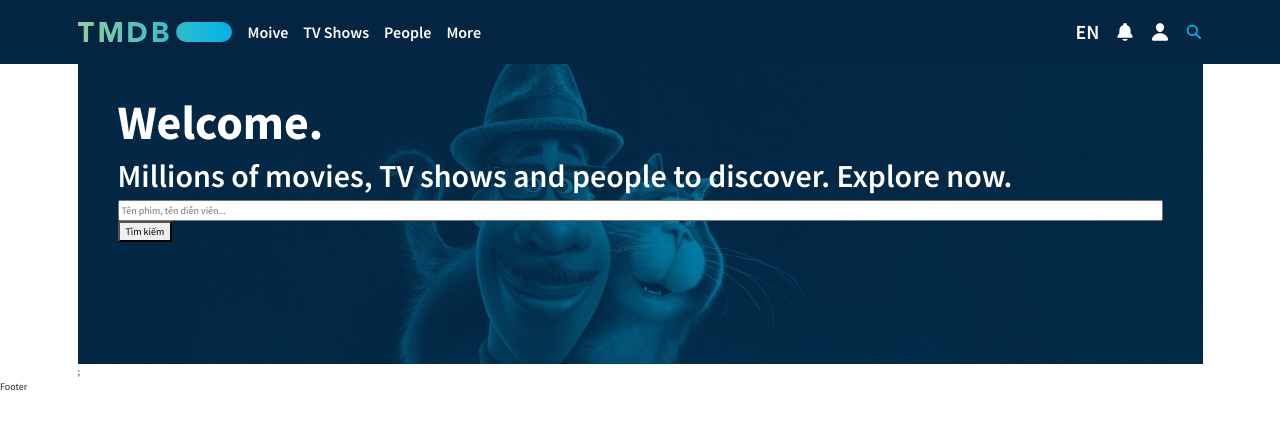
Repository: nguyennam1029/TMDB-App
Page: /
An editor plug-in stored every save of this project. The page is shown before and after the next save, followed by the edit.
The browser window is 1280 px wide. The pictures show the whole page.
The project was rebuilt for these pictures with package versions that can differ from the ones it lists, and the page was loaded fresh each time. Also part of the build but not shown: src/components/ui/HeroCart/heroCart.css, src/components/ui/HeroCart/HeroCart.jsx, src/page/Search.jsx. Imported but missing from the stored project, and not drawn on this page: src/components/ui/ListHero/ListHero, src/page/HeroDetail.

Above is the page before, as saved 2022-09-26 20:18:44.

### public/index.html
<!DOCTYPE html>
<html lang="en">
  <head>
    <meta charset="utf-8" />
    <link rel="icon" href="%PUBLIC_URL%/favicon.ico" />
    <meta name="viewport" content="width=device-width, initial-scale=1" />
    <meta name="theme-color" content="#000000" />
    <meta
      name="description"
      content="Web site created using create-react-app"
    />
    <link rel="apple-touch-icon" href="%PUBLIC_URL%/logo192.png" />
    <!--
      manifest.json provides metadata used when your web app is installed on a
      user's mobile device or desktop. See https://developers.google.com/web/fundamentals/web-app-manifest/
    -->
    <link rel="manifest" href="%PUBLIC_URL%/manifest.json" />
    <!--
      Notice the use of %PUBLIC_URL% in the tags above.
      It will be replaced with the URL of the `public` folder during the build.
      Only files inside the `public` folder can be referenced from the HTML.

      Unlike "/favicon.ico" or "favicon.ico", "%PUBLIC_URL%/favicon.ico" will
      work correctly both with client-side routing and a non-root public URL.
      Learn how to configure a non-root public URL by running `npm run build`.
    -->
    <link
      rel="stylesheet"
      href="https://cdn.jsdelivr.net/npm/bootstrap@5.1.0/dist/css/bootstrap.min.css"
    />
    <title>React App</title>
  </head>
  <body>
    <noscript>You need to enable JavaScript to run this app.</noscript>
    <div id="root"></div>
    <!--
      This HTML file is a template.
      If you open it directly in the browser, you will see an empty page.

      You can add webfonts, meta tags, or analytics to this file.
      The build step will place the bundled scripts into the <body> tag.

      To begin the development, run `npm start` or `yarn start`.
      To create a production bundle, use `npm run build` or `yarn build`.
    -->
  </body>
</html>

### src/index.js
import React from "react";
import ReactDOM from "react-dom/client";
import { BrowserRouter as Router } from "react-router-dom";

import { Provider } from "react-redux";
import store from "./store";
import "./index.css";
import App from "./App";

const root = ReactDOM.createRoot(document.getElementById("root"));
root.render(
  <React.StrictMode>
    <Provider store={store}>
      <Router>
        <App />
      </Router>
    </Provider>
  </React.StrictMode>
);

// If you want to start measuring performance in your app, pass a function
// to log results (for example: reportWebVitals(console.log))
// or send to an analytics endpoint. Learn more: https://bit.ly/CRA-vitals

### src/store.js
import rootReducer from "./redux/reducers";

import { createStore } from "redux";
const store = createStore(
  rootReducer,
  window.__REDUX_DEVTOOLS_EXTENSION__ && window.__REDUX_DEVTOOLS_EXTENSION__()
);

export default store;

### src/index.css
@import url('https://fonts.googleapis.com/css2?family=Source+Sans+Pro:wght@200;300;400;600;700;900&display=swap');

html {
  font-size: 62.5%;
}

body {
  font-family: 'Source Sans Pro',
    sans-serif;

}

:root {
  --primary-text-color: #fff;
}

*,
*::before,
*::after {
  box-sizing: border-box;
}




img,
picture,
video,
canvas,
svg {
  display  : block;
  max-width: 100%;
}

input,
button,
textarea,
select {
  outline: none;
}

p,
h1,
h2,
h3,
h4,
h5,
h6 {
  overflow-wrap: break-word;
}

a {
  color          : inherit;
  text-decoration: none;
}

ul {
  padding: 0;
  margin : 0;
}

li {
  list-style: none;
}

### src/redux/reducers.js
const initState = {
  search: "",
  selectItem: {},
  listHeros: [],
};

const rootReducer = (state = initState, action) => {
  switch (action.type) {
    case "listHeros":
      return {
        ...state,
        listHeros: action.payload,
      };
    case "selectItem":
      return {
        ...state,
        selectItem: action.payload,
      };
    case "seachrItem":
      return {
        ...state,
        search: action.payload,
      };
    default:
      return state;
  }
};
export default rootReducer;

### src/components/Layout/Layout.jsx
import React from "react";

import Header from "../Header/Header";
import Footer from "../Footer/Footer";
// import Routers from "../../routes/Routers";
import Routers from "../../routes/Routers";

const Layout = () => {
  return (
    <>
      <Header />
      <Routers />
      <Footer />
    </>
  );
};

export default Layout;

### src/components/Header/Header.jsx
import React from "react";

import { Link, useNavigate } from "react-router-dom";
import { useState } from "react";
import { useDispatch } from "react-redux";
import { seachrItem } from "../../redux/action";
import { useEffect } from "react";
import {
  IoSearchOutline,
  IoNotificationsSharp,
  IoPerson,
  IoSearchSharp,
} from "react-icons/io5";
import { Container } from "react-bootstrap";
import Dropdown from "react-bootstrap/Dropdown";
import { NavLink } from "react-router-dom";
import logo from "../../assets/images/logo.svg";
import "./header.css";
const Header = () => {
  // const dispatch = useDispatch();
  // const [searchName, setSearchName] = useState("");
  // const Navigate = useNavigate();
  // const handleOnchange = (value) => {
  //   value !== "" ? Navigate("/seachr") : Navigate("/");
  //   setSearchName(value);
  // };

  // useEffect(() => {
  //   dispatch(seachrItem(searchName));
  // }, [searchName]);
  // return (
  //   <ul>
  //     <li>
  //       <Link to={"/home"} onClick={() => setSearchName("")}>
  //         Home
  //       </Link>
  //     </li>
  //     <li>
  //       <input
  //         type="text"
  //         value={searchName}
  //         placeholder="Tìm kiếm"
  //         onChange={(e) => {
  //           handleOnchange(e.target.value);
  //         }}
  //       />
  //     </li>
  //     <li>
  //       Tim kiem <IoSearchOutline />
  //     </li>
  //   </ul>
  // );
  //CÁC MENU ITEM
  const NavItemLinks = [
    {
      display: "Moive",
      url: "/moive",
    },
    {
      display: "TV Shows",
      url: "/tvshows",
    },
    {
      display: "People",
      url: "/people",
    },
    {
      display: "More",
      url: "/More",
    },
  ];
  return (
    <div className="header">
      <Container>
        <div className="nav d-flex align-items-center justify-content-between">
          <div className="nav__left d-flex align-items-center justify-content-center mr-3">
            <NavLink to="/" className="nav__left--img d-block">
              <img src={logo} alt="" />
            </NavLink>

            <ul className="nav__list d-flex align-items-center gap-4">
              {NavItemLinks.map((item, index) => (
                <li className="nav__item" key={index}>
                  <NavLink
                    to={item.url}
                    className={(navClass) =>
                      navClass.isActive ? "active" : ""
                    }
                  >
                    {item.display}
                  </NavLink>
                </li>
              ))}
            </ul>
          </div>
          <div className="nav__right">
            <ul className="nav__list d-flex align-items-center gap-4">
              <li className="nav__item nav__right--item">
                <NavLink
                  to="en"
                  className={(navClass) => (navClass.isActive ? "active" : "")}
                >
                  EN
                </NavLink>
              </li>

              <li className="nav__item nav__right--item">
                <NavLink
                  to="noti"
                  className={(navClass) => (navClass.isActive ? "active" : "")}
                >
                  <IoNotificationsSharp />
                </NavLink>
              </li>

              <li className="nav__item nav__right--item">
                <NavLink
                  to="user"
                  className={(navClass) => (navClass.isActive ? "active" : "")}
                >
                  <IoPerson />
                </NavLink>
              </li>

              <li className="nav__item nav__right--item search">
                <NavLink
                  to="user"
                  className={(navClass) => (navClass.isActive ? "active" : "")}
                >
                  <IoSearchSharp />
                </NavLink>
              </li>
            </ul>
          </div>
        </div>
      </Container>
    </div>
  );
};
export default Header;

### src/components/Footer/Footer.jsx
import React from "react";

const Footer = () => {
  return <div>Footer</div>;
};
export default Footer;

### src/routes/Routers.jsx
import { Routes, Route, Navigate } from "react-router-dom";

import React from "react";

import { HomePage } from "../page/Home";
import { HeroDetail } from "../page/HeroDetail";
import { Search } from "../page/Search";

const Routers = () => {
  return (
    <Routes>
      <Route path="/" element={<Navigate to="/Home" />} />
      <Route path="/Home" element={<HomePage />} />
      <Route path="/Home/:id" element={<HeroDetail />} />
      <Route path="/seachr" element={<Search />} />
    </Routes>
  );
};
export default Routers;

### src/redux/action.js
export const getListHeros = (heros) => {
  return {
    type: "listHeros",
    payload: heros,
  };
};

export const selectItem = (item) => {
  return {
    type: "selectItem",
    payload: item,
  };
};

export const seachrItem = (item) => {
  return {
    type: "seachrItem",
    payload: item,
  };
};
// export 1 cái getListHeros thì lại đc
// => ko thể sử dụng cú pháp export const getListHeros = (heros) => {...}

// export default getListHeros; export 1 cái thì không lỗi

// export { getListHeros, testt }; cách này củng lỗi

### src/components/Header/header.css
.header {
    background-color: #032541;
    display         : flex;
    justify-content : center;
    align-items     : center;
    position        : fixed;
    top             : 0;
    left            : 0;

    height    : 64px;
    width     : 100%;
    z-index   : 10;
    transition: top 0.2s linear;

}

.nav__left--img {
    width       : 154px;
    height      : auto;
    margin-right: 16px;
}

.nav__left--img img {
    width: 100%;
}

.nav__item {
    font-size  : 1.6rem;
    color      : var(--primary-text-color);
    font-weight: 600;
}

.nav__right--item {
    font-size  : 2rem;
    font-weight: 600;
}

.nav__right--item.search {
    font-size  : 1.8rem;
    color      : #01b4e4;
    font-weight: 800;

}

### src/page/Home.jsx
import React from "react";
import { Banner } from "../components/Banner/Banner";
import { ListHero } from "../components/ui/ListHero/ListHero";
// import Slider from "../components/ui/Slider/Slider";

export const HomePage = () => {
  return (
    <div>
      <Banner />
      {/* <ListHero /> */}
    </div>
  );
};

### src/components/Banner/Banner.jsx
import React from "react";

import { Container } from "react-bootstrap";
import "./banner.css";
export const Banner = () => {
  return (
    <Container>
      <div className="banner">
        <div className="banner-content">
          <div className="banner-title">
            <h2>Welcome.</h2>
            <h3>
              Millions of movies, TV shows and people to discover. Explore now.
            </h3>
          </div>
          <div className="banner-search">
            <input type="text" placeholder="Tên phim, tên diễn viên..." />
            <button>Tìm kiếm</button>
          </div>
        </div>
      </div>
      ;
    </Container>
  );
};

### src/components/Banner/banner.css
.banner {
    margin-top: 64px;
    background-image: linear-gradient(to right, rgba(3, 37, 65, 0.8) 0%, rgba(3, 37, 65, 0) 100%),
        url("../../assets/images/banner.jpg");
    min-height: 300px;

    max-height         : 360px;
    background-position: top center;
    background-size    : cover;
    background-repeat  : no-repeat;
    color              : #fff;
}

.banner-content {
    padding: 30px 40px;
}

.banner-title {}

.banner-title h2 {
    font-size  : 4.8rem;
    font-weight: 700;
}

.banner-title h3 {
    font-size  : 3.2rem;
    font-weight: 600;
}

.banner-search {
    width: 100%;
}

.banner-search input {
    width: 100%;
}

Loaded but not shown: src/App.js (common file)

After the next save:
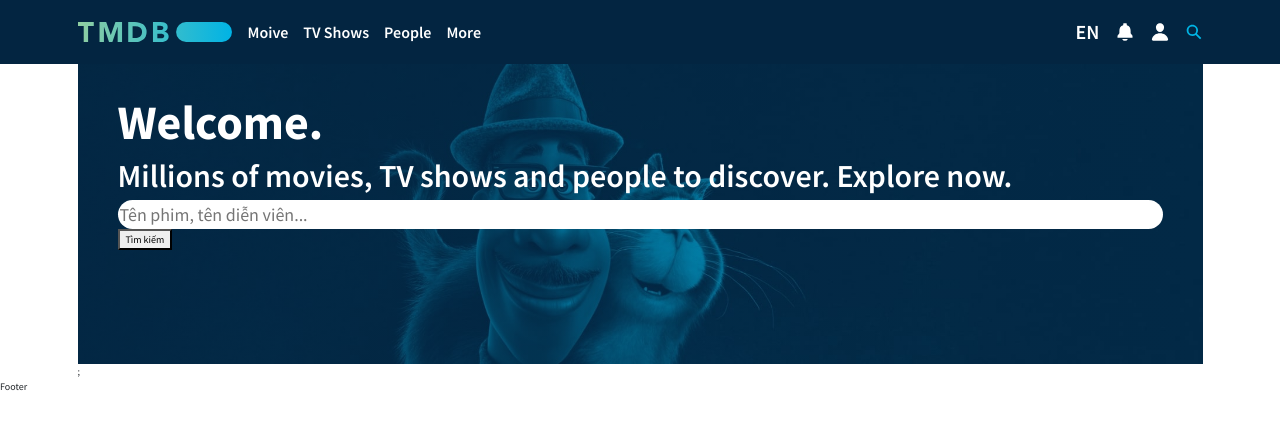
Saved 81 s later.
--- a/src/components/Banner/banner.css
+++ b/src/components/Banner/banner.css
@@ -32,5 +32,12 @@
 }
 
 .banner-search input {
-    width: 100%;
+    width                : 100%;
+    border               : none;
+    font-size            : 1.8rem;
+    border-radius        : 6rem;
+    -webkit-border-radius: 6rem;
+    -moz-border-radius   : 6rem;
+    -ms-border-radius    : 6rem;
+    -o-border-radius     : 6rem;
 }
